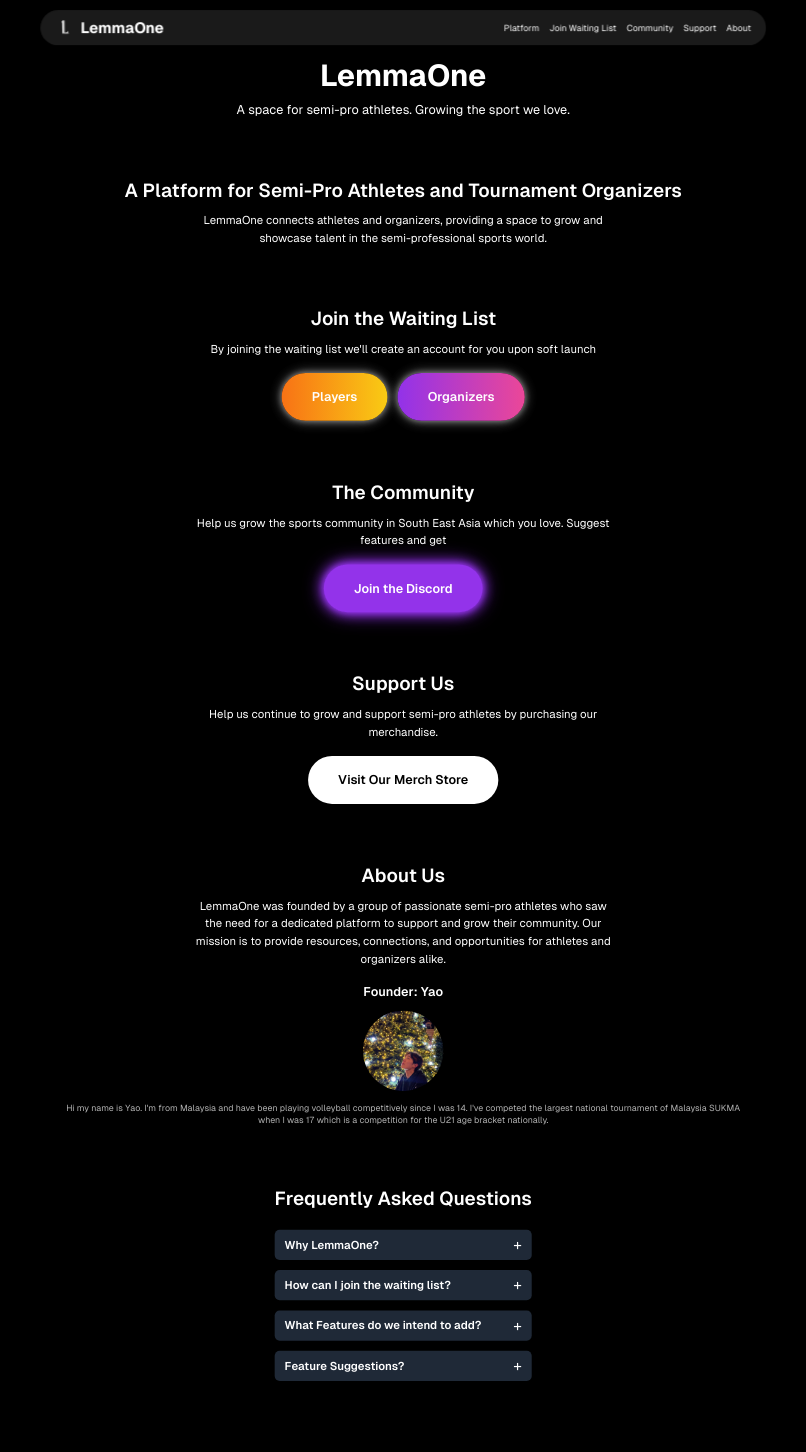
Repository: yao-creative/lemma-one-launch
Page: /
These files come from the project's save history. The page is drawn as it stood at one moment and after a run of saves; the edit follows.
The browser window is 1280 px wide. The pictures show the whole page, at 63% of full size.
The project was rebuilt for these pictures with package versions that can differ from the ones it lists, and the page was loaded fresh each time. The framework's server and built-in components were replaced by stand-ins that run in the browser. Also part of the build but not shown: next.config.js, next.config.mjs.

Above is the page before, as saved 2024-09-26 04:14:41.

### app/layout.tsx
import type { Metadata } from "next";
import localFont from "next/font/local";
import "./globals.css";

const geistSans = localFont({
  src: "./fonts/GeistVF.woff",
  variable: "--font-geist-sans",
  weight: "100 900",
});

const geistMono = localFont({
  src: "./fonts/GeistMonoVF.woff",
  variable: "--font-geist-mono",
  weight: "100 900",
});

const nikeFont = localFont({
  src: "./fonts/Futura-Condensed-Extra-Bold.otf",
  variable: "--font-nike",
});

export const metadata: Metadata = {
  title: "LemmaOne",
  description: "A space for semi-pro athletes. Growing the sport we love.",
};

export default function RootLayout({
  children,
}: Readonly<{
  children: React.ReactNode;
}>) {
  return (
    <html lang="en">
      <body
        className={`${geistSans.variable} ${geistMono.variable} ${nikeFont.variable} antialiased`}
      >
        {children}
      </body>
    </html>
  );
}

### app/page.tsx
'use client';

import { useRef, useState } from 'react';
import Image from 'next/image';

export default function Home() {
  const [menuOpen, setMenuOpen] = useState(false);
  const platformRef = useRef<HTMLElement>(null);
  const waitingListRef = useRef<HTMLElement>(null);
  const communityRef = useRef<HTMLElement>(null);
  const supportRef = useRef<HTMLElement>(null);
  const aboutRef = useRef<HTMLElement>(null);
  const faqRef = useRef<HTMLElement>(null);

  const scrollToSection = (ref: React.RefObject<HTMLElement>) => {
    ref.current?.scrollIntoView({ behavior: 'smooth' });
    setMenuOpen(false);
  };

  const [openFAQ, setOpenFAQ] = useState<number | null>(null);

  const toggleFAQ = (index: number) => {
    setOpenFAQ(openFAQ === index ? null : index);
  };

  const faqs = [
    {
      question: "Why LemmaOne?",
      answer: "A Lemma is a term in mathematics for an intermediate result or tool to prove a theorem. We are creating LemmaOne to prove that semi-pro sports is possible in South East Asia."
    },
    {
      question: "How can I join the waiting list?",
      answer: "You can join the waiting list by clicking on either the 'Players' or 'Organizers' button in the 'Join the Waiting List' section. We'll create an account for you upon soft launch."
    },
    {
      question: "What Features do we intend to add?",
      answer: "We're currently building a platform for sports hosting, but would like to grow into an interactive community to help build local tournaments to create a more immersive tournament experience, broaden their reach, and find new monetization methods. This way we can help grow a sustainable semi-pro sports community in South East Asia. "
    },
    {
      question: "Feature Suggestions?",
      answer: "We're always looking for new ideas an feature improvements. Join the Discord to build a community with us."
    }
  ];

  return (
    <div className="min-h-screen bg-black text-white">
      <nav className="fixed top-0 left-0 right-0 z-10">
        <div className="mx-auto max-w-6xl mt-4 px-6 py-3 bg-white/10 backdrop-blur-md rounded-full flex justify-between items-center">
          <div className="flex items-center space-x-2">
            <Image src="/logo192.png" alt="LemmaOne Logo" width={32} height={32} />
            <h1 className="text-2xl font-bold font-nike">LemmaOne</h1>
          </div>
          <div className="hidden md:flex space-x-4 items-center">
            <button onClick={() => scrollToSection(platformRef)} className="text-sm hover:text-gray-300">Platform</button>
            <button onClick={() => scrollToSection(waitingListRef)} className="text-sm hover:text-gray-300">Join Waiting List</button>
            <button onClick={() => scrollToSection(communityRef)} className="text-sm hover:text-gray-300">Community</button>
            <button onClick={() => scrollToSection(supportRef)} className="text-sm hover:text-gray-300">Support</button>
            <button onClick={() => scrollToSection(aboutRef)} className="text-sm hover:text-gray-300">About</button>
          </div>
          <button onClick={() => setMenuOpen(!menuOpen)} className="md:hidden">
            <svg className="w-6 h-6" fill="none" stroke="currentColor" viewBox="0 0 24 24" xmlns="http://www.w3.org/2000/svg">
              <path strokeLinecap="round" strokeLinejoin="round" strokeWidth={2} d="M4 6h16M4 12h16M4 18h16" />
            </svg>
          </button>
        </div>
        {menuOpen && (
          <div className="md:hidden absolute top-full left-0 right-0 bg-black/90 backdrop-blur-md py-4">
            <button onClick={() => scrollToSection(platformRef)} className="block w-full text-left px-6 py-2 hover:bg-white/10">Platform</button>
            <button onClick={() => scrollToSection(waitingListRef)} className="block w-full text-left px-6 py-2 hover:bg-white/10">Join Waiting List</button>
            <button onClick={() => scrollToSection(communityRef)} className="block w-full text-left px-6 py-2 hover:bg-white/10">Community</button>
            <button onClick={() => scrollToSection(supportRef)} className="block w-full text-left px-6 py-2 hover:bg-white/10">Support</button>
            <button onClick={() => scrollToSection(aboutRef)} className="block w-full text-left px-6 py-2 hover:bg-white/10">About</button>
          </div>
        )}
      </nav>

      <main className="flex min-h-screen flex-col items-center justify-between p-24 space-y-24">
        <section className="text-center flex flex-col items-center">
          <h2 className="text-4xl md:text-5xl font-bold font-nike mb-4">LemmaOne</h2>
          <p className="text-lg md:text-xl max-w-2xl">A space for semi-pro athletes. Growing the sport we love.</p>
        </section>

        <section ref={platformRef} className="text-center flex flex-col items-center">
          <h3 className="text-2xl md:text-3xl font-semibold font-nike mb-4">A Platform for Semi-Pro Athletes and Tournament Organizers</h3>
          <p className="text-base md:text-lg max-w-2xl">
            LemmaOne connects athletes and organizers, providing a space to grow and showcase talent in the semi-professional sports world.
          </p>
        </section>

        <section ref={waitingListRef} className="text-center flex flex-col items-center">
          <h3 className="text-2xl md:text-3xl font-semibold font-nike mb-4">Join the Waiting List</h3>
          <p className="text-base md:text-lg mb-6 max-w-2xl">
            By joining the waiting list we'll create an account for you upon soft launch
          </p>
          <div className="flex flex-col md:flex-row justify-center space-y-4 md:space-y-0 md:space-x-4">
            <button className="px-12 py-6 rounded-full text-xl font-semibold text-white bg-gradient-to-r from-orange-500 to-yellow-400 hover:from-orange-600 hover:to-yellow-500 transition-all duration-300 animate-pulse-subtle glow-button">
              Players
            </button>
            <button className="px-12 py-6 rounded-full text-xl font-semibold text-white bg-gradient-to-r from-purple-600 to-pink-500 hover:from-purple-700 hover:to-pink-600 transition-all duration-300 animate-pulse-subtle glow-button">
              Organizers
            </button>
          </div>
        </section>

        <section ref={communityRef} className="text-center flex flex-col items-center">
          <h3 className="text-2xl md:text-3xl font-semibold font-nike mb-4">The Community</h3>
          <p className="text-base md:text-lg mb-6 max-w-2xl">
            Help us grow the sports community in South East Asia which you love. Suggest features and get
          </p>
          <a href="https://discord.gg/QztR7ZPM" className="inline-block px-12 py-6 rounded-full text-xl bg-purple-600 text-white font-semibold hover:bg-purple-700 transition-colors duration-300 neon-button">
            Join the Discord
          </a>
        </section>

        <section ref={supportRef} className="text-center flex flex-col items-center">
          <h3 className="text-2xl md:text-3xl font-semibold font-nike mb-4">Support Us</h3>
          <p className="text-base md:text-lg mb-6 max-w-2xl">
            Help us continue to grow and support semi-pro athletes by purchasing our merchandise.
          </p>
          <a href="#" className="inline-block px-12 py-6 rounded-full text-xl bg-white text-black font-semibold hover:bg-gray-200 transition-colors duration-300">
            Visit Our Merch Store
          </a>
        </section>

        <section ref={aboutRef} className="text-center flex flex-col items-center">
          <h3 className="text-2xl md:text-3xl font-semibold font-nike mb-4">About Us</h3>
          <p className="text-base md:text-lg max-w-2xl">
            LemmaOne was founded by a group of passionate semi-pro athletes who saw the need for a dedicated platform to support and grow their community. Our mission is to provide resources, connections, and opportunities for athletes and organizers alike.
          </p>
          <div className="mt-6">
            <h3 className="text-xl font-semibold mb-4">Founder: Yao</h3>
            <div className="relative w-32 h-32 mx-auto mb-4">
              <Image
                src="/about/profile.jpg"
                alt="Yao - Founder"
                layout="fill"
                objectFit="cover"
                className="rounded-full"
              />
            </div>
            <p className="text-sm opacity-70">
              Hi my name is Yao. I'm from Malaysia and have been playing volleyball competitively since I was 14. I've competed the largest national tournament of Malaysia SUKMA when I was 17 which is a competition for the U21 age bracket nationally.
            </p>
          </div>
        </section>

        <section ref={faqRef} className="text-center flex flex-col items-center">
          <h3 className="text-2xl md:text-3xl font-semibold font-nike mb-8">Frequently Asked Questions</h3>
          <div className="w-full max-w-2xl">
            {faqs.map((faq, index) => (
              <div key={index} className="mb-4">
                <button
                  className="flex justify-between items-center w-full text-left px-4 py-2 bg-gray-800 hover:bg-gray-700 transition-colors duration-300 rounded-lg"
                  onClick={() => toggleFAQ(index)}
                >
                  <span className="text-lg font-semibold">{faq.question}</span>
                  <span className="text-2xl">{openFAQ === index ? '−' : '+'}</span>
                </button>
                {openFAQ === index && (
                  <div className="mt-2 px-4 py-2 bg-gray-900 rounded-lg">
                    <p className="text-base">{faq.answer}</p>
                  </div>
                )}
              </div>
            ))}
          </div>
        </section>
      </main>
    </div>
  );
}

### app/globals.css
@tailwind base;
@tailwind components;
@tailwind utilities;

:root {
  --background: #000000;
  --foreground: #ffffff;
}

@media (prefers-color-scheme: dark) {
  :root {
    --background: #0a0a0a;
    --foreground: #ededed;
  }
}

body {
  color: var(--foreground);
  background: var(--background);
  font-family: var(--font-geist-sans), Arial, sans-serif;
}

@layer utilities {
  .text-balance {
    text-wrap: balance;
  }
}

@keyframes pulse-subtle {
  0%, 100% {
    opacity: 1;
  }
  50% {
    opacity: 0.8;
  }
}

.animate-pulse-subtle {
  animation: pulse-subtle 2s cubic-bezier(0.4, 0, 0.6, 1) infinite;
}

.glow-button {
  box-shadow: 0 0 10px rgba(255, 255, 255, 0.5), 0 0 20px rgba(255, 255, 255, 0.3), 0 0 30px rgba(255, 255, 255, 0.1);
  transition: all 0.3s ease;
}

.glow-button:hover {
  box-shadow: 0 0 15px rgba(255, 255, 255, 0.7), 0 0 25px rgba(255, 255, 255, 0.5), 0 0 35px rgba(255, 255, 255, 0.3);
}

.neon-button {
  box-shadow: 0 0 10px #9333ea, 0 0 20px #9333ea, 0 0 30px #9333ea;
  animation: neon-glow 1.5s ease-in-out infinite alternate;
}

@keyframes neon-glow {
  from {
    box-shadow: 0 0 10px #9333ea, 0 0 20px #9333ea, 0 0 30px #9333ea;
  }
  to {
    box-shadow: 0 0 20px #9333ea, 0 0 30px #9333ea, 0 0 40px #9333ea;
  }
}

@keyframes pulse {
  0%, 100% {
    opacity: 1;
  }
  50% {
    opacity: 0.5;
  }
}

.animate-pulse {
  animation: pulse 2s cubic-bezier(0.4, 0, 0.6, 1) infinite;
}

Loaded but not shown: tailwind.config.ts (common file)

After the next 24 saves:
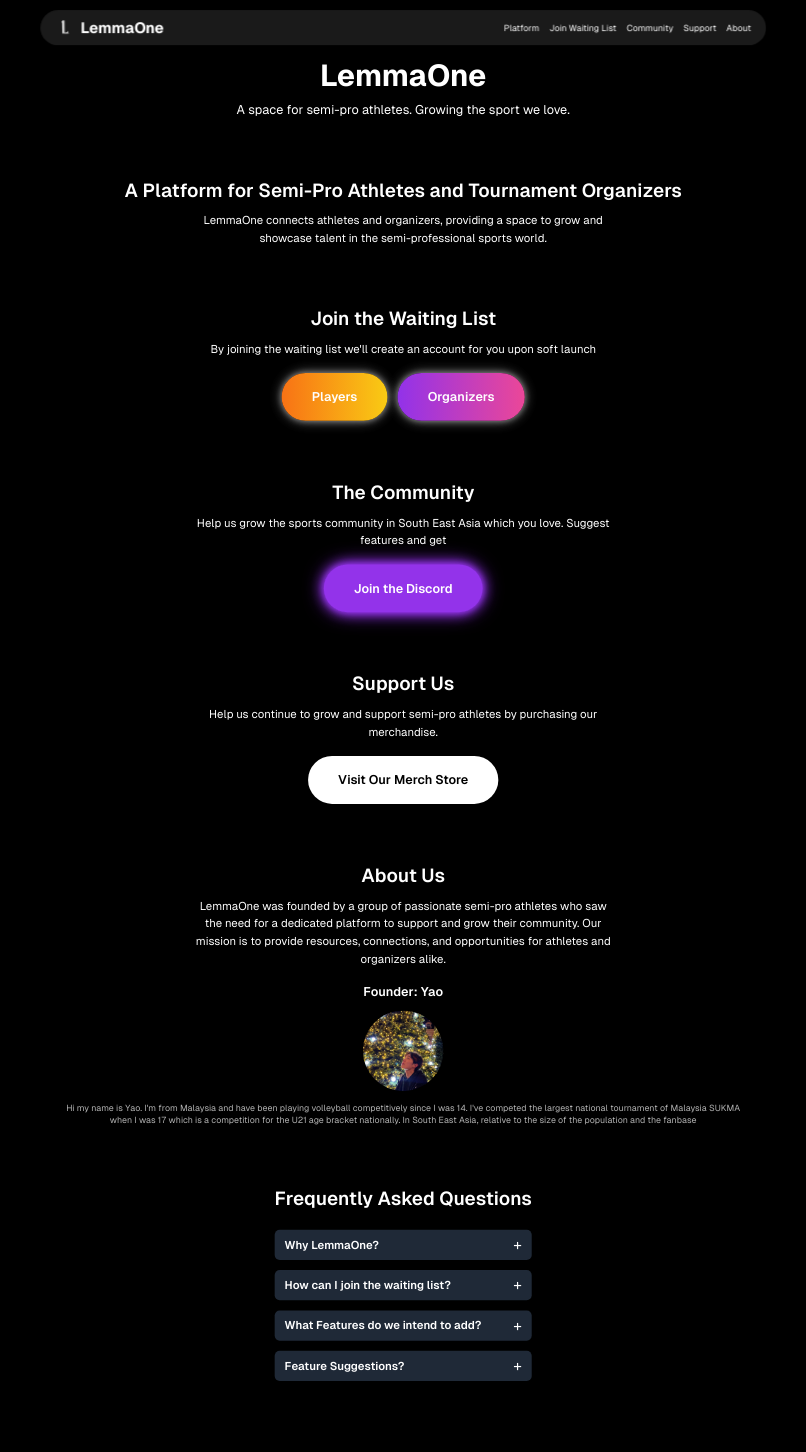
The 24 saves are shown as one change because they came seconds apart.
The last was saved 24 s later.
--- a/app/page.tsx
+++ b/app/page.tsx
@@ -139,7 +139,7 @@ export default function Home() {
               />
             </div>
             <p className="text-sm opacity-70">
-              Hi my name is Yao. I'm from Malaysia and have been playing volleyball competitively since I was 14. I've competed the largest national tournament of Malaysia SUKMA when I was 17 which is a competition for the U21 age bracket nationally.
+              Hi my name is Yao. I'm from Malaysia and have been playing volleyball competitively since I was 14. I've competed the largest national tournament of Malaysia SUKMA when I was 17 which is a competition for the U21 age bracket nationally. In South East Asia, relative to the size of the population and the fanbase
             </p>
           </div>
         </section>
